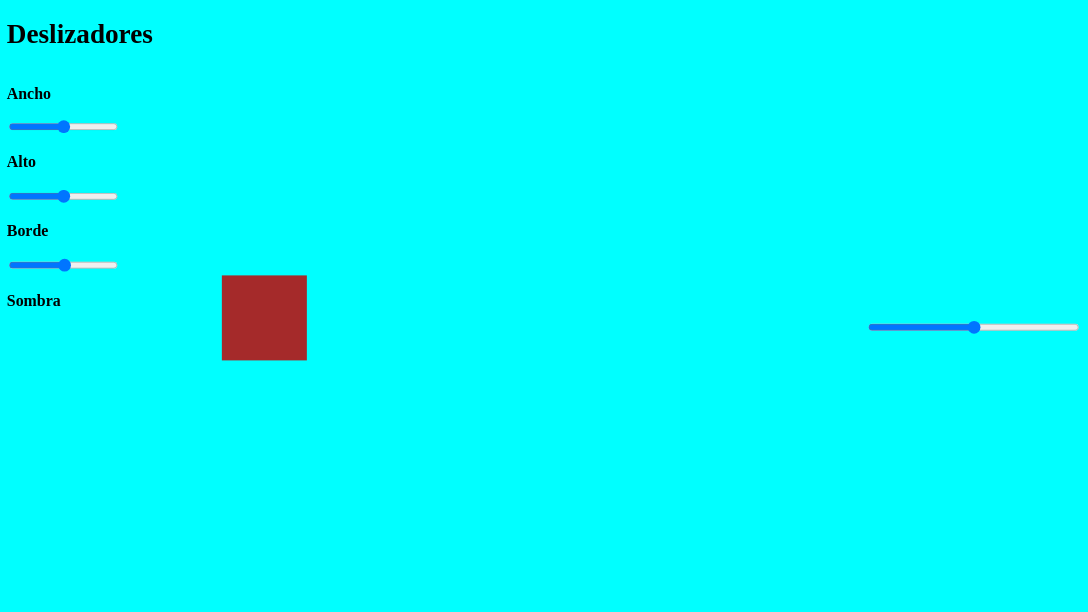
Repository: Kevin8548/Ejercicios-DOM
Page: Deslizador.html
An editor plug-in stored every save of this project. The page is shown before and after the next save, followed by the edit.
The browser window is 1280 px wide. The pictures show the whole page, at 85% of full size.

Above is the page before, as saved 2024-10-07 01:21:06.

After the next save:
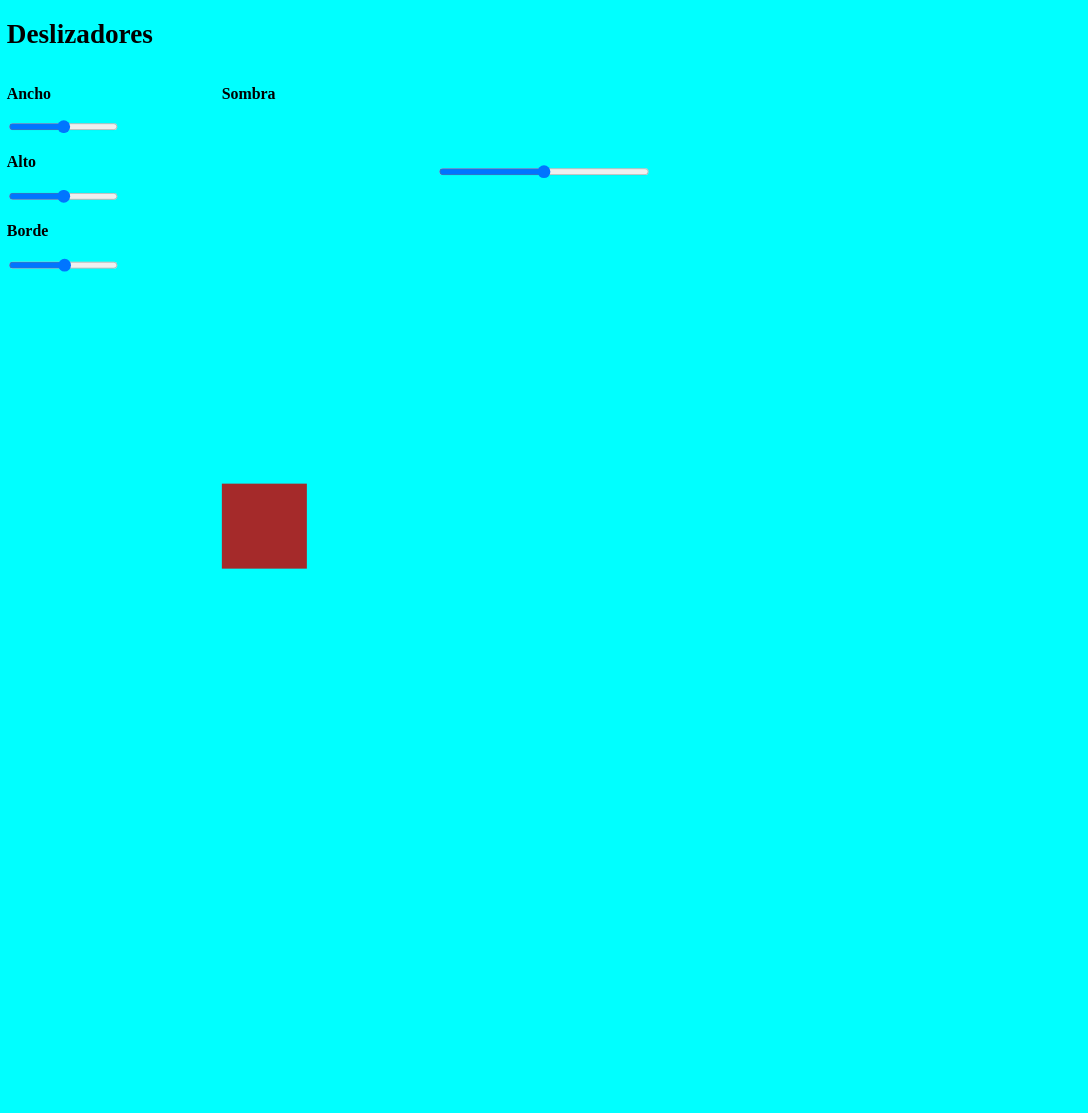
Saved 27 s later.
--- a/Deslizador.html
+++ b/Deslizador.html
@@ -9,7 +9,7 @@
 <body>
     <H1>Deslizadores</H1>
     <div class="parent">
-        <div class="div1">
+        <div class="div">
             <h3>Ancho</h3>
             <input type="range" id="slider" min="0" max="100" value="50" step="1">
             <h3>Alto</h3>

After the save that followed:
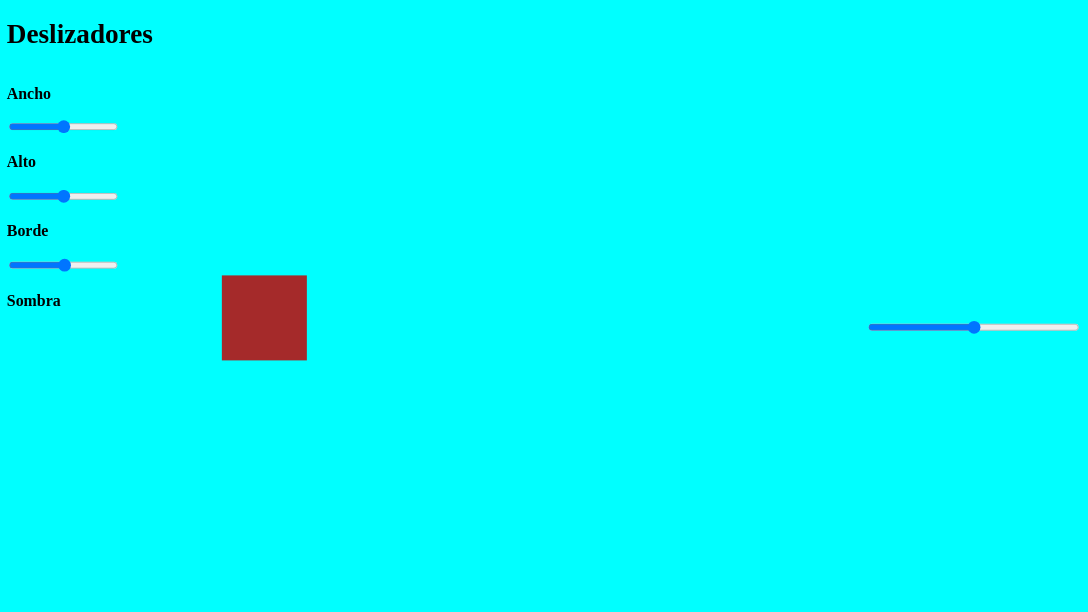
Saved 11 s later.
--- a/Deslizador.html
+++ b/Deslizador.html
@@ -9,7 +9,7 @@
 <body>
     <H1>Deslizadores</H1>
     <div class="parent">
-        <div class="div">
+        <div class="div1">
             <h3>Ancho</h3>
             <input type="range" id="slider" min="0" max="100" value="50" step="1">
             <h3>Alto</h3>
